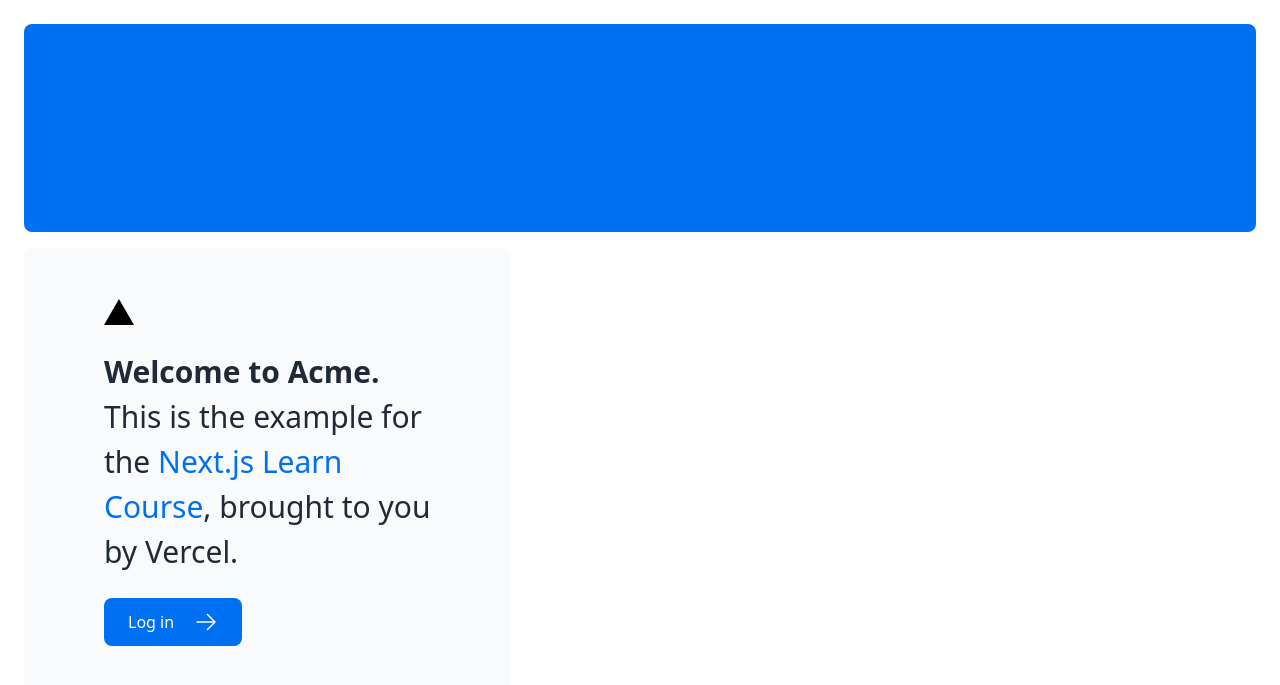
Repository: xnxnxnxn/nextjs-dashboard
Page: /
These files come from the project's save history. The page is drawn as it stood at one moment and after the next save; the edit follows.
The browser window is 1280 px wide. The pictures show the whole page.
The project was rebuilt for these pictures with package versions that can differ from the ones it lists, and the page was loaded fresh each time. The framework's server and built-in components were replaced by stand-ins that run in the browser. Also part of the build but not shown: next.config.mjs.

Above is the page before, as saved 2024-08-14 16:03:12.

After the next save:
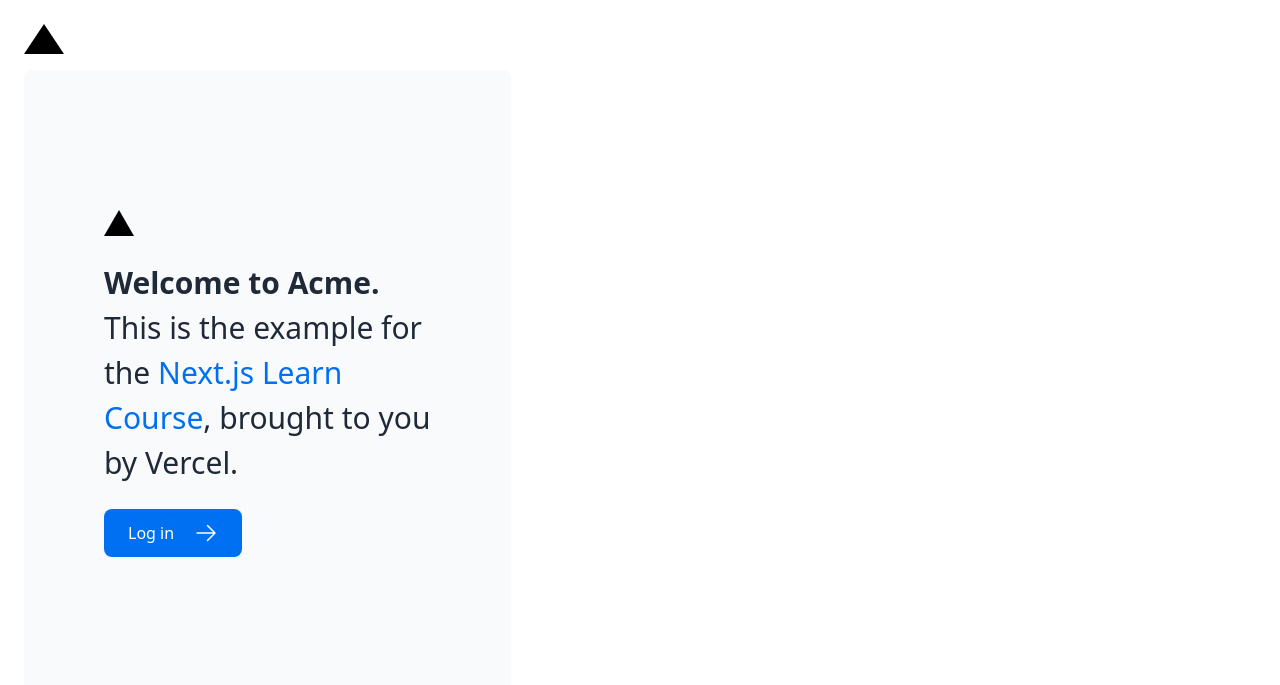
Saved 36 s later.
--- a/app/page.tsx
+++ b/app/page.tsx
@@ -6,7 +6,8 @@
 export default function Page() {
   return (
     <main className="flex min-h-screen flex-col p-6">
-      <div className="flex h-20 shrink-0 items-end rounded-lg bg-blue-500 p-4 md:h-52">{/* <AcmeLogo /> */}</div>
+      {/* <div className="flex h-20 shrink-0 items-end rounded-lg bg-blue-500 p-4 md:h-52"><AcmeLogo /></div> */}
+      <div className={styles.shape}>{/* <AcmeLogo /> */}</div>
       <div className="mt-4 flex grow flex-col gap-4 md:flex-row">
         <div className="flex flex-col justify-center gap-6 rounded-lg bg-gray-50 px-6 py-10 md:w-2/5 md:px-20">
           <div className="relative w-0 h-0 border-l-[15px] border-r-[15px] border-b-[26px] border-l-transparent border-r-transparent border-b-black" />
